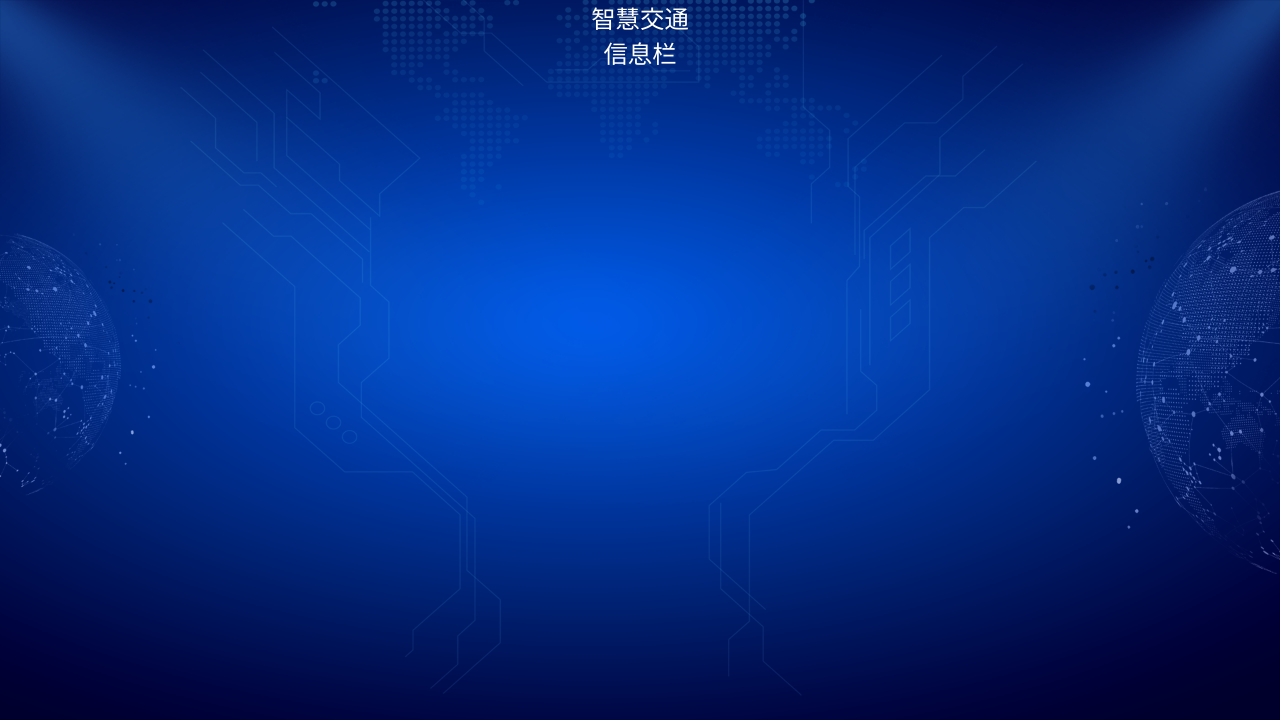
Repository: lizzie7d/smart-traffic
Page: /
These files come from the project's save history. The page is drawn as it stood at one moment and after the next save; the edit follows.
The browser window is 1280 px wide. The pictures show the whole page.
The project was rebuilt for these pictures with package versions that can differ from the ones it lists, and the page was loaded fresh each time.

Above is the page before, as saved 2023-04-11 16:58:07.

After the next save:
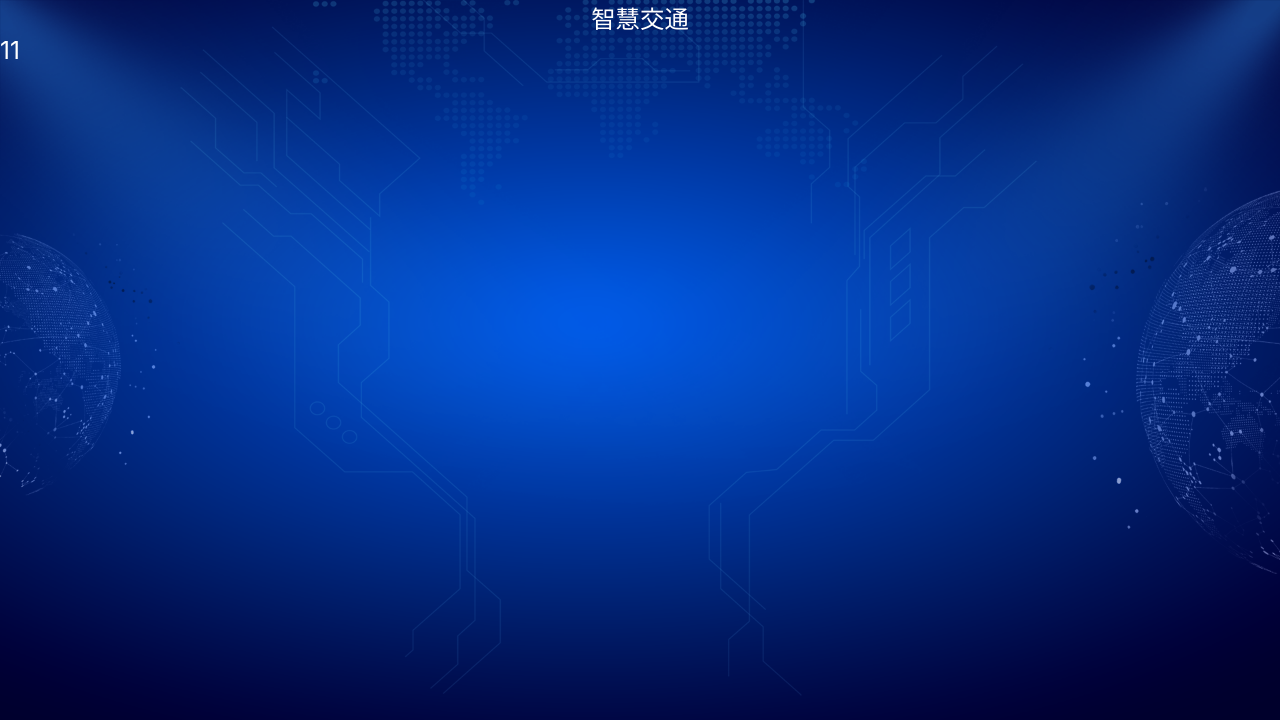
Saved 8 s later.
--- a/src/pages/main.jsx
+++ b/src/pages/main.jsx
@@ -5,9 +5,12 @@ const MainPage = () => {
         <div className="main-container">
             <div className="main-title">
                 智慧交通
-                <div className="main-left">
-                    信息栏
-                </div>
+
+            </div>
+            <div className="main-content">
+                <div>1</div>
+                <div>1</div>
+
             </div>
         </div>
     )
